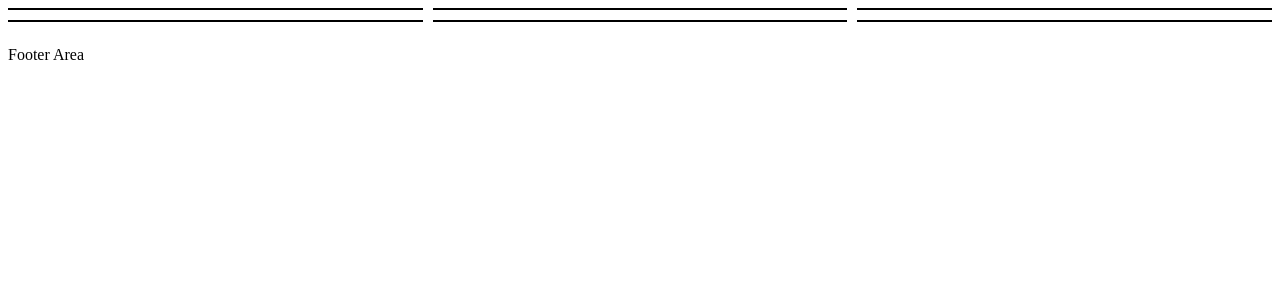
Repository: BwesewB/Brutalist-Website
Page: /
These files come from the project's save history. The page is drawn as it stood at one moment and after the next save; the edit follows.
The browser window is 1280 px wide. The pictures show the whole page.
The project was rebuilt for these pictures with package versions that can differ from the ones it lists, and the page was loaded fresh each time. The framework's server and built-in components were replaced by stand-ins that run in the browser. Also part of the build but not shown: next.config.mjs.

Above is the page before, as saved 2024-02-03 16:50:55.

After the next save:
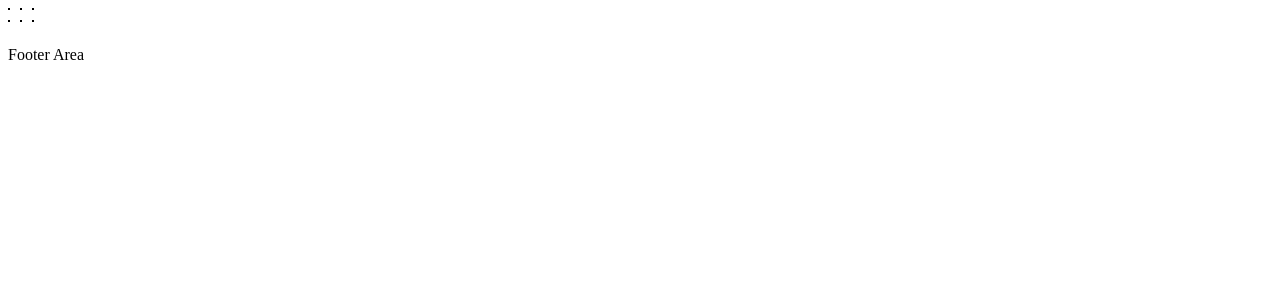
Saved 37 s later.
--- a/styles/Home.module.css
+++ b/styles/Home.module.css
@@ -1,3 +1,6 @@
+.main {
+  display: flex;
+}
 
 /* <div class="titlePage">
 <div class="graphic"></div>

After the save that followed:
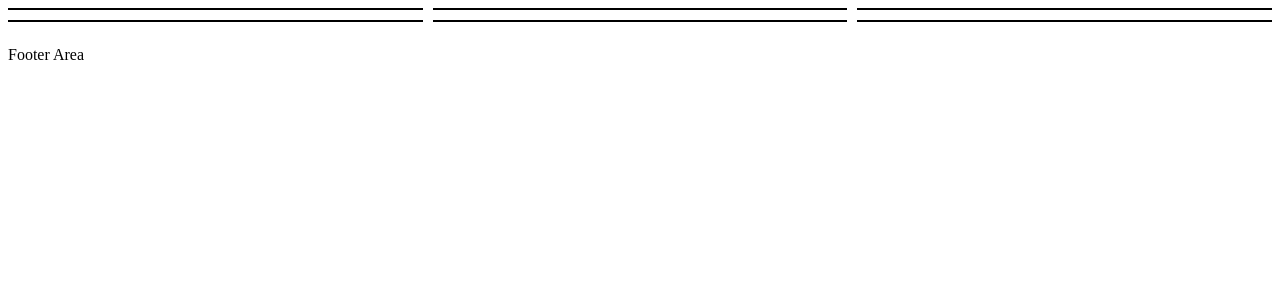
Saved 4 s later.
--- a/styles/Home.module.css
+++ b/styles/Home.module.css
@@ -1,5 +1,4 @@
 .main {
-  display: flex;
 }
 
 /* <div class="titlePage">
